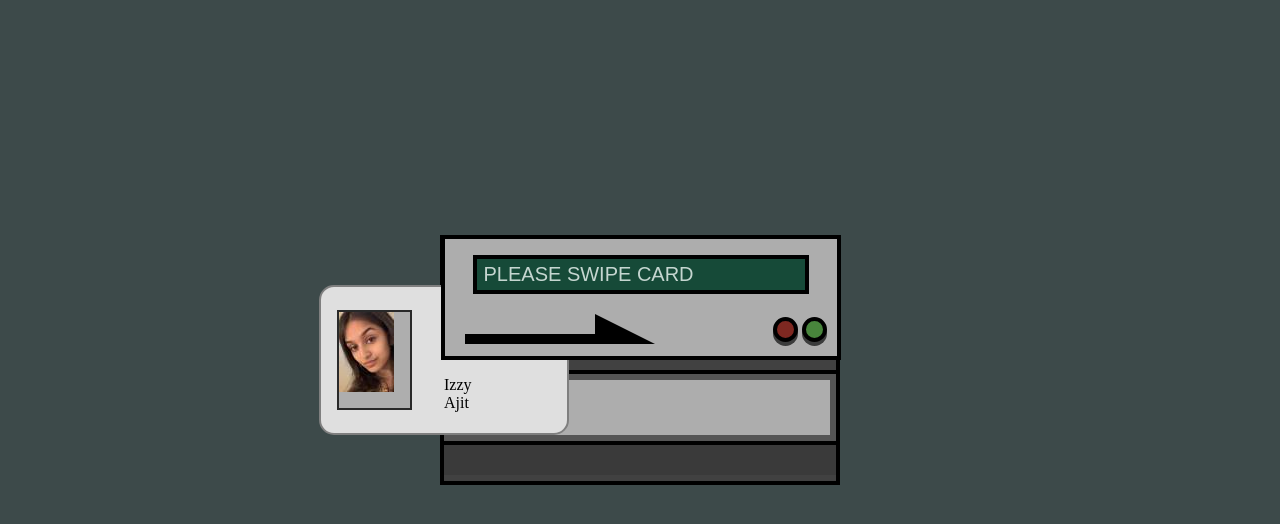
Repository: Aaquib111/Aaquib111.github.io
Page: treasure-page.html
These files come from the project's save history. The page is drawn as it stood at one moment and after the next save; the edit follows.
The browser window is 1280 px wide. The pictures show the whole page.

Above is the page before, as saved 2021-05-20 20:50:08.

### treasure-page.html
<!DOCTYPE html>
<!--[if lt IE 7]>      <html class="no-js lt-ie9 lt-ie8 lt-ie7"> <![endif]-->
<!--[if IE 7]>         <html class="no-js lt-ie9 lt-ie8"> <![endif]-->
<!--[if IE 8]>         <html class="no-js lt-ie9"> <![endif]-->
<!--[if gt IE 8]>      <html class="no-js"> <!--<![endif]-->
<html>
    <head>
        <meta charset="utf-8">
        <meta http-equiv="X-UA-Compatible" content="IE=edge">
        <title>Are you sure you're Isabel?</title>
        <meta name="description" content="">
        <meta name="viewport" content="width=device-width, initial-scale=1">
        <link rel="stylesheet" href="css\swipe.css">
    </head>
    <body>
        <div id="wrapper">
            <div id="reader" data-status="">
              <div class="top">
                <div class="screen">
                  <div id="message"></div>
                </div>
                <div class="lights">
                  <div class="light red"></div>
                  <div class="light green"></div>
                </div>
              </div>
              <div id="card">
                <div id="photo"></div>
                <div id="name"><p>Izzy Ajit</p></div>
              </div>
              <div class="bottom"></div>
            </div>
          </div>

          <script src="js\swipe.js"></script>
    </body>
</html>

### css/swipe.css
* {
    box-sizing: border-box;
  }

  html,
  body {
    height: 100%;
  }

  body {
    width: 100vw;
    margin: 0;
    display: flex;
    justify-content: center;
    align-items: center;
    overflow: hidden;
  }

  #wrapper {
    position: relative;
    width: 400px;
    height: 250px;
  }

  #reader {
    width: 100%;
    height: 400px;
  }

  #reader .top {
    position: relative;
    width: 100%;
    height: 125px;
    z-index: 100;
  }

  #reader .bottom {
    width: 100%;
    height: 75px;
  }

  #reader .lights {
    position: absolute;
    right: 10px;
    bottom: 10px;
  }

  .light {
    display: inline-block;
    width: 25px;
    height: 25px;
  }

  #card {
    display: flex;
    justify-content: flex-start;
    align-items: center;
    position: absolute;
    margin-top: -75px;
    width: 250px;
    height: 150px;
    transform: translateX(-125px);
  }

  #card.slide {
    transition: transform 1s;
  }

  body {
    background-color: #3d4a4a;
  }

  #wrapper {
    background-color: #414141;
    border: 4px solid #000;
  }

  #reader .top,
  #reader .bottom {
    background-color: #adadad;
    border: 4px solid #000;
  }

  #reader .top {
    width: calc(100% + 8px);
    padding: 16px;
    margin: -4px 0 0 -3px;
  }

  #reader .top:before {
    content: "";
    position: absolute;
    left: 20px;
    bottom: 12px;
    width: 140px;
    height: 10px;
    background-color: #000;
  }

  #reader .top:after {
    content: "";
    position: absolute;
    left: 150px;
    bottom: 12px;
    width: 0;
    height: 0;
    border-bottom: 30px solid #000;
    border-right: 60px solid transparent;
  }

  #reader .bottom {
    width: calc(100% + 8px);
    margin: 10px 0 0 -4px;
    border-top-left-radius: 30px;
    box-shadow: inset -6px -6px #555555,
                inset 6px 6px #555555,
                0 30px rgba(0, 0, 0, 0.1);
  }

  #reader .screen {
    border: 4px solid #000;
    padding: 4px;
    margin: 0 12px;
    background-color: #164a38;
  }

  #message {
    font-family: 'DSEG14Classic', sans-serif;
    font-size: 20px;
    color: #c5d6d0;
    text-transform: uppercase;
    animation: jitter 3s infinite steps(2);
  }

  #message:after {
    content: "Please swipe card";
  }

  [data-status="invalid"] #message:after {
    content: "Bad read. Try again.";
  }

  [data-status="slow"] #message:after {
    content: "Too slow. Try again.";
  }

  [data-status="fast"] #message:after {
    content: "Too fast. Try again.";
  }

  [data-status="valid"] #message:after {
    content: "Accepted. Thank you.";
  }

  .light {
    border: 4px solid #000;
    border-radius: 50%;
    box-shadow: 0 4px #555555;
    filter: saturate(0.6) brightness(0.7);
  }

  .red {
    background-color: #f52818;
  }

  .green {
    background-color: #3dd022;
  }

  [data-status="invalid"] .red,
  [data-status="slow"] .red,
  [data-status="fast"] .red,
  [data-status="valid"] .green {
    filter: none;
  }

  #card {
    background-color: #dfdfdf;
    border: 2px solid #7f7f7f;
    border-radius: 15px;
    cursor: grab;
  }

  #photo {
    position: relative;
    width: 75px;
    height: 100px;
    background-color: #aeaeae;
    background-image: url("../img/unnamed.jpg");
    background-repeat: no-repeat;
    background-size: auto;
    border: 2px solid #292929;
    margin-left: 16px;
    overflow: hidden;
    pointer-events: none;
  }

  #photo:before {

    position: absolute;
    right: 0;
    bottom: 0;
    width: 55px;
    height: 80px;
    background-color: #646464;
    border: 2px solid #434343;
    border-bottom-width: 0;
    border-radius: 30px 40px 5px 10px / 45px 60px 0 0;
    box-shadow: inset -3px -3px 0 3px rgba(0, 0, 0, 0.1);
  }

  #photo:after {

    position: absolute;
    right: 30px;
    bottom: 45px;
    width: 30px;
    height: 15px;
    background-color: #a6a6a6;
    border: 2px solid #434343;
    border-radius: 4px 6px 4px 4px;
    box-shadow: inset 1px 3px 0 rgba(255, 255, 255, 0.6),
                4px 4px 0 rgba(0, 0, 0, 0.1);
  }
  @font-face {
    font-family: 'digital';
    src: url('../fonts/digital-7.ttf') format('ttf'),
  }
  #name{
    position: relative;
    width: 50px;
    height: 0px;
    content: "name";
    margin-left: 32px;
    font-family: 'digital';
  }


  @keyframes jitter {
    from {
      transform: translateX(0);
    }
    to {
      transform: translateX(5px);
    }
  }

### js/swipe.js
const card = document.getElementById('card');
const reader = document.getElementById('reader');
let active = false;
let initialX;
let timeStart, timeEnd;
const soundAccepted = new Audio('https://thomaspark.co/projects/among-us-card-swipe/audio/CardAccepted.mp3');
const soundDenied = new Audio('https://thomaspark.co/projects/among-us-card-swipe/audio/CardDenied.mp3');

document.addEventListener('mousedown', dragStart);
document.addEventListener('mouseup', dragEnd);
document.addEventListener('mousemove', drag);
document.addEventListener('touchstart', dragStart);
document.addEventListener('touchend', dragEnd);
document.addEventListener('touchmove', drag);

function dragStart(e) {
  if (e.target !== card) return;

  if (e.type === 'touchstart') {
    initialX = e.touches[0].clientX;
  } else {
    initialX = e.clientX;
  }

  timeStart = performance.now();
  card.classList.remove('slide');
  active = true;
}

function dragEnd(e) {
  if (!active) return;

  e.preventDefault();
  let x;
  let status;

  if (e.type === 'touchend') {
    x = e.touches[0].clientX - initialX;
  } else {
    x = e.clientX - initialX;
  }

  if (x < reader.offsetWidth) {
    status = 'invalid';
  }

  timeEnd = performance.now();
  card.classList.add('slide');
  active = false;

  setTranslate(0);
  setStatus(status);
}

function drag(e) {
  if (!active) return;

  e.preventDefault();
  let x;

  if (e.type === 'touchmove') {
    x = e.touches[0].clientX - initialX;
  } else {
    x = e.clientX - initialX;
  }

  setTranslate(x);
}

function setTranslate(x) {
  if (x < 0) {
    x = 0;
  } else if (x > reader.offsetWidth) {
    x = reader.offsetWidth;
  }

  x -= (card.offsetWidth / 2);

  card.style.transform = 'translateX(' + x + 'px)';
}

function setStatus(status) {
  if (typeof status === 'undefined') {
    let duration = timeEnd - timeStart;

    if (duration > 700) {
      status = 'slow';
    } else if (duration < 400) {
      status = 'fast';
    } else {
      status = 'valid';
    }
  }

  reader.dataset.status = status;
  playAudio(status);
}

function playAudio(status) {
  soundDenied.pause();
  soundAccepted.pause();
  soundDenied.currentTime = 0;
  soundAccepted.currentTime = 0;

  if (status === 'valid') {
    soundAccepted.play();
    setTimeout(() => {  redirect(); }, 1000);
  } else {
    soundDenied.play();
  }
}

function redirect(){
    window.location.replace("confetti-preloader.html");
}

After the next save:
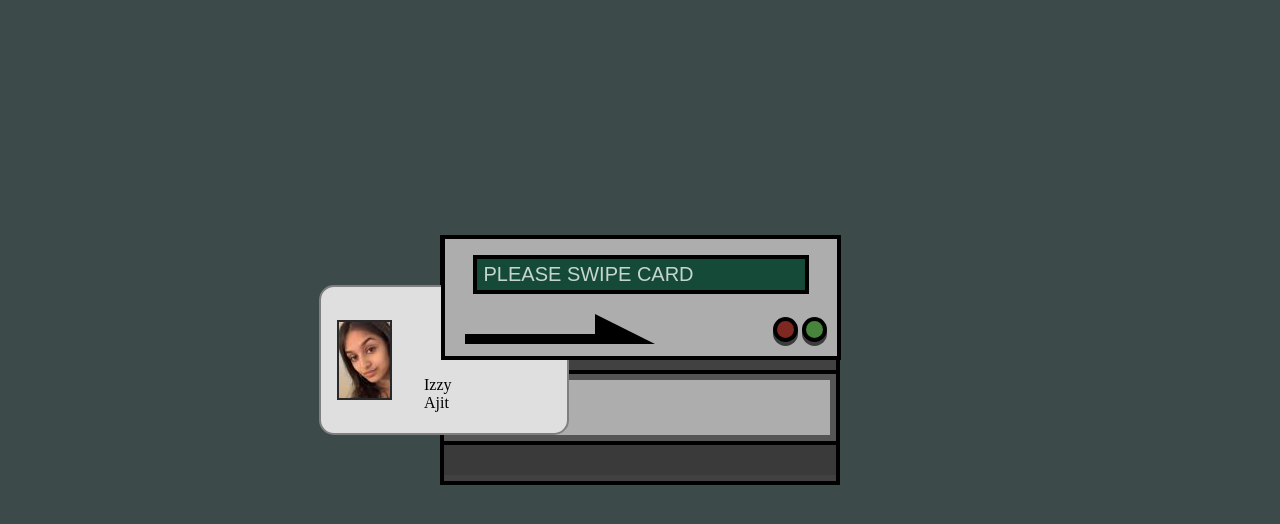
Saved 27 s later.
--- a/css/swipe.css
+++ b/css/swipe.css
@@ -183,8 +183,8 @@
 
   #photo {
     position: relative;
-    width: 75px;
-    height: 100px;
+    width: 55px;
+    height: 80px;
     background-color: #aeaeae;
     background-image: url("../img/unnamed.jpg");
     background-repeat: no-repeat;
